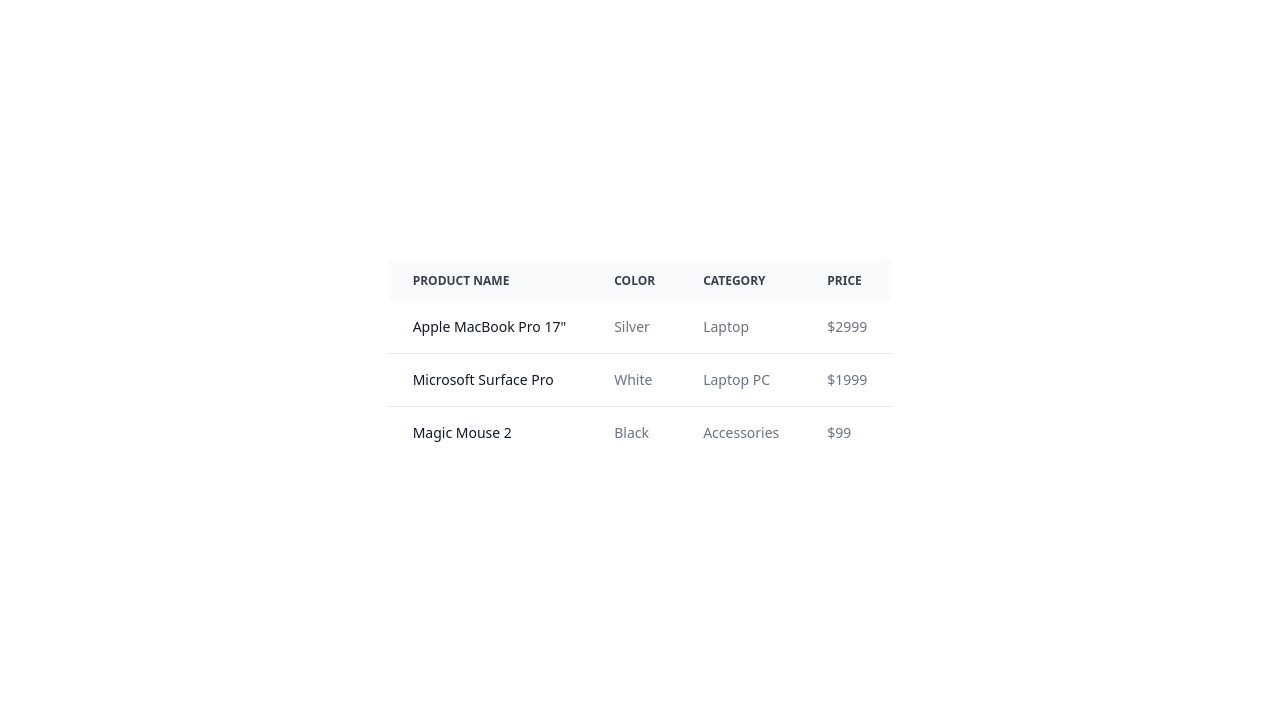
Repository: theanmol-raj/2010080029
Page: /
The author's editor kept a copy of each file at every save. The page is drawn from the files as they stood at one save, then again after the next save.
The browser window is 1280 px wide. The pictures show the whole page.
The project was rebuilt for these pictures with package versions that can differ from the ones it lists, and the page was loaded fresh each time. Also part of the build but not shown: src/components/IndividualTrainINfo.jsx.

Above is the page before, as saved 2023-04-29 20:13:15.

After the next save:
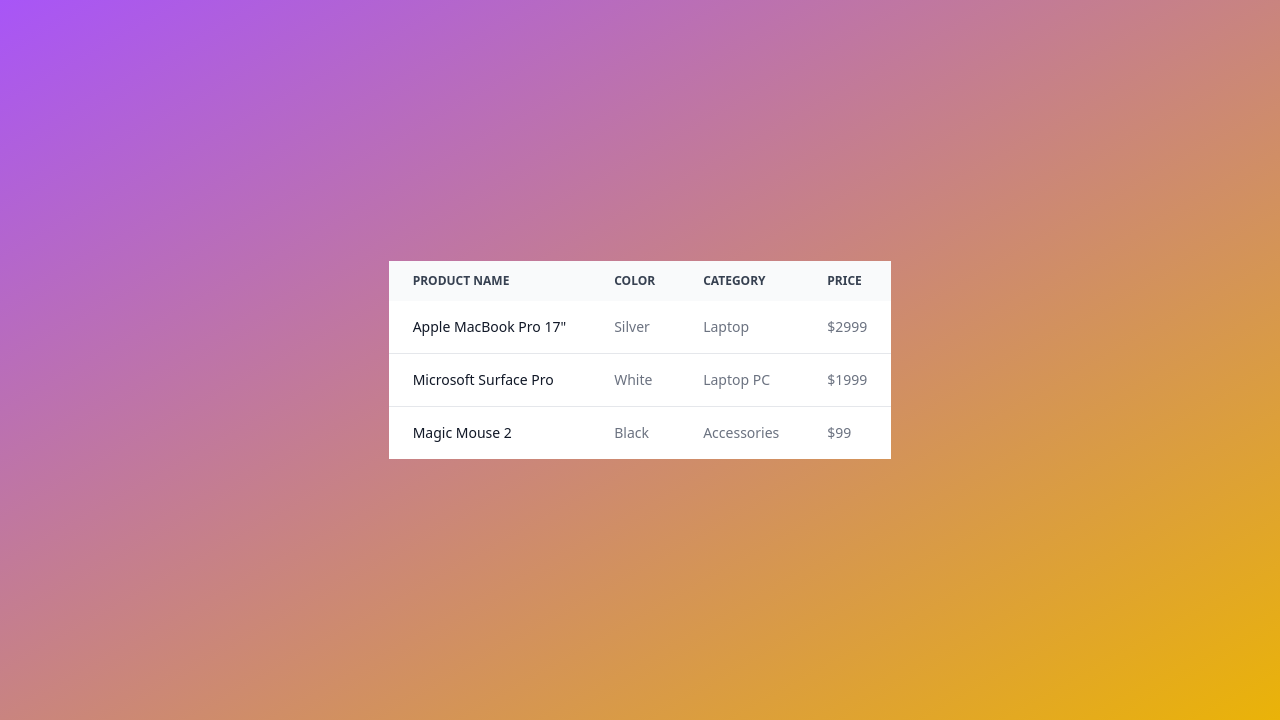
Saved 27 s later.
--- a/src/components/TrainINfo.jsx
+++ b/src/components/TrainINfo.jsx
@@ -2,7 +2,7 @@
 
 function TrainINfo() {
   return (
-    <div className=' flex justify-center items-center h-screen'>    <div className=' flex max-w-7xl mx-auto'>
+    <div className=' flex justify-center items-center h-screen bg-gradient-to-br from-purple-500 to-yellow-500'>    <div className=' flex max-w-7xl mx-auto'>
         <div class="relative  w-full">
     <table class="w-full text-sm text-left text-gray-500 dark:text-gray-400">
         <thead class="text-xs text-gray-700 uppercase bg-gray-50 dark:bg-gray-700 dark:text-gray-400">
